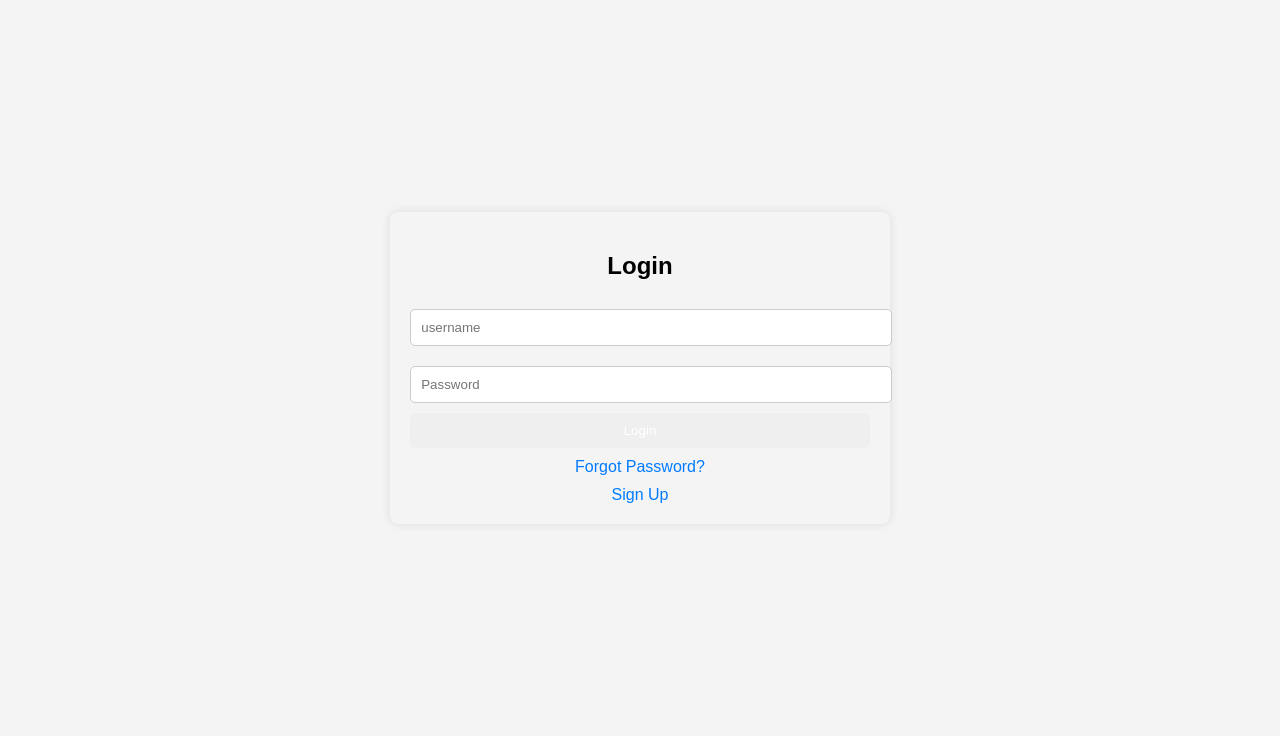
Repository: rahulmadasuongole/Demo
Page: firstwedapp/build/classes/webapp/loginfrom.html
The author's editor kept a copy of each file at every save. The page is drawn from the files as they stood at one save, then again after the next save.
The browser window is 1280 px wide. The pictures show the whole page.

Above is the page before, as saved 2025-03-05 12:55:41.

After the next save:
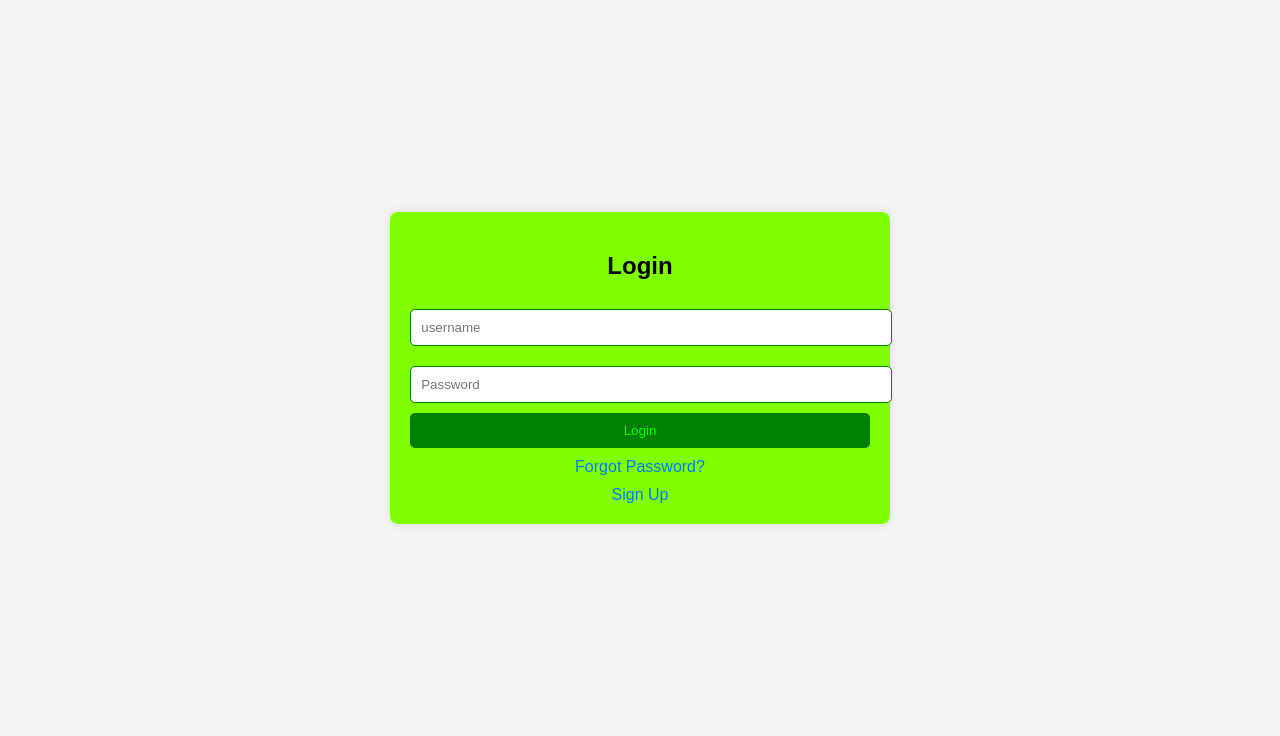
Saved 2 min 59 s later.
--- a/firstwedapp/build/classes/webapp/loginfrom.html
+++ b/firstwedapp/build/classes/webapp/loginfrom.html
@@ -14,7 +14,7 @@
             background-color: #f4f4f4;
         }
         .login-container {
-            background: rgb(128, 255, 0)28, 255, 0);
+            background: rgb(128, 255, 0);
             padding: 20px;
             border-radius: 8px;
             box-shadow: 0px 0px 10px 0px rgba(0, 0, 0, 0.1);
@@ -24,14 +24,14 @@
             width: 100%;
             padding: 10px;
             margin: 10px 0;
-            border: 1px solid #ccc;
+            border: 1px solid rgb(0, 128, 0);
             border-radius: 5px;
         }
         .login-container button {
             width: 100%;
             padding: 10px;
-            background: rgb(0, 128, 0), 0, 128);
-            color: white;
+            background: rgb(0, 128, 0);
+            color: rgb(0, 255, 0);
             border: none;
             border-radius: 5px;
             cursor: pointer;
